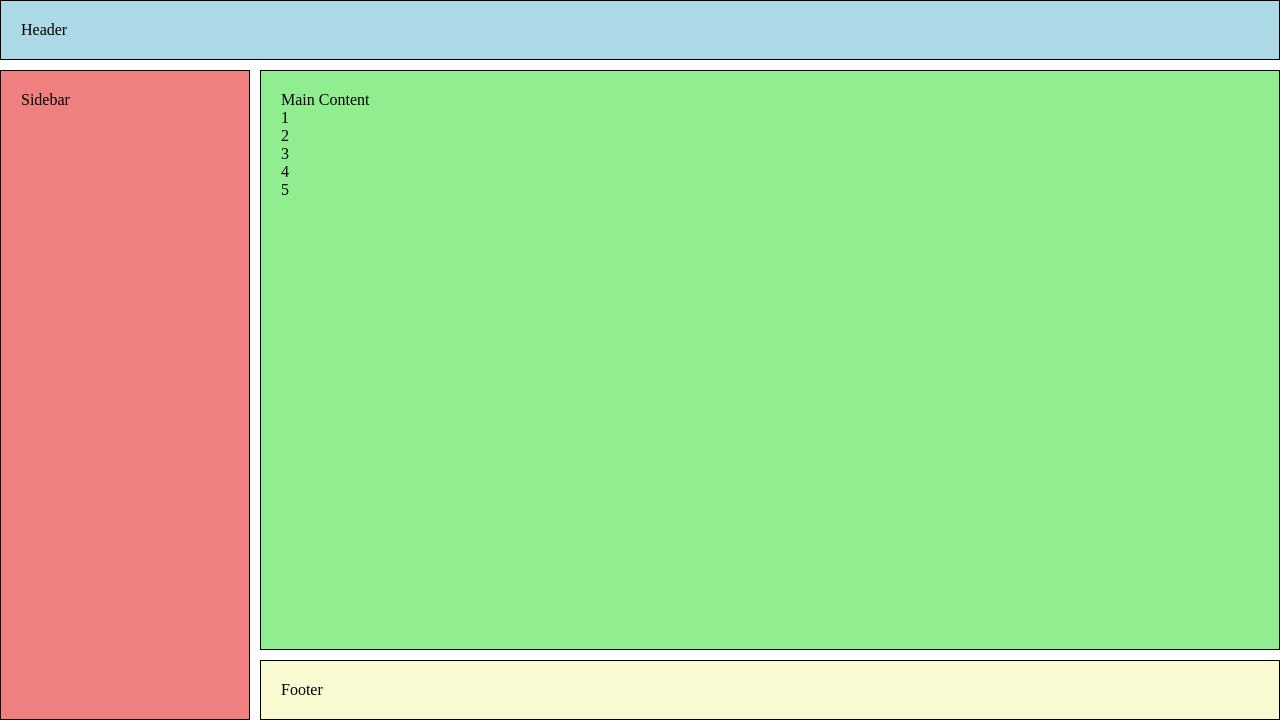
Repository: gustavotwist/desafio-grid
Page: assets/index.html
An editor plug-in stored every save of this project. The page is shown before and after the next save, followed by the edit.
The browser window is 1280 px wide. The pictures show the whole page.

Above is the page before, as saved 2024-08-13 19:59:55.

### assets/index.html
<!DOCTYPE html>
<html lang="pt-BR">
<head>
    <meta charset="UTF-8">
    <meta name="viewport" content="width=device-width, initial-scale=1.0">
    <title>Desafio Grid</title>
    <link rel="stylesheet" href="css/style.css">
</head>
<body>
    <div class="container">
        <header>Header</header>
        <main class="content">Main Content
            <article>1</article>
            <article>2</article>
            <article>3</article>
            <article>4</article>
            <article>5</article>
        </main>
        <aside>Sidebar</aside>
        <footer>Footer</footer>
    </div>

</body>
</html>

### assets/css/style.css
html, body {
    height: 100%;
    margin: 0;
}

.container {
    display: grid;
    height: 100%;
    grid-template-columns: 250px 1fr 1fr 1fr;
    grid-template-rows: auto 1fr auto;
    grid-template-areas:
        "header header header header"
        "sidebar main main main"
        "sidebar footer footer footer";
    gap: 10px; /* Espaçamento entre os itens */
}

header {
    grid-area: header;
    background-color: lightblue;
}
aside {
    grid-area: sidebar;
    background-color: lightcoral;
}
main {
    grid-area: main;
    background-color: lightgreen;

}
footer {
    grid-area: footer;
    background-color: lightgoldenrodyellow;
}

/* Estilizações adicionais para melhor visualização */
header, aside, main, footer {
    padding: 20px;
    border: 1px solid #000;
}

After the next save:
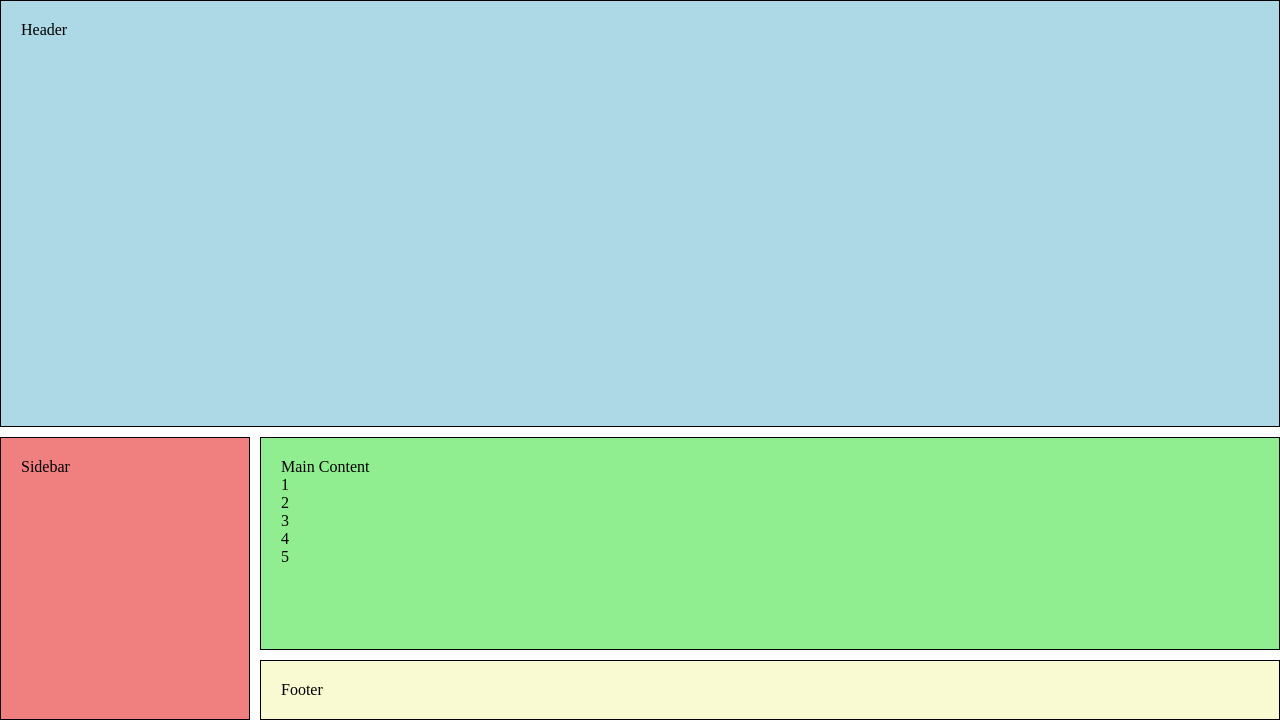
Saved 63 s later.
--- a/assets/css/style.css
+++ b/assets/css/style.css
@@ -7,7 +7,7 @@
     display: grid;
     height: 100%;
     grid-template-columns: 250px 1fr 1fr 1fr;
-    grid-template-rows: auto 1fr auto;
+    grid-template-rows: 2fr 1fr auto;
     grid-template-areas:
         "header header header header"
         "sidebar main main main"
